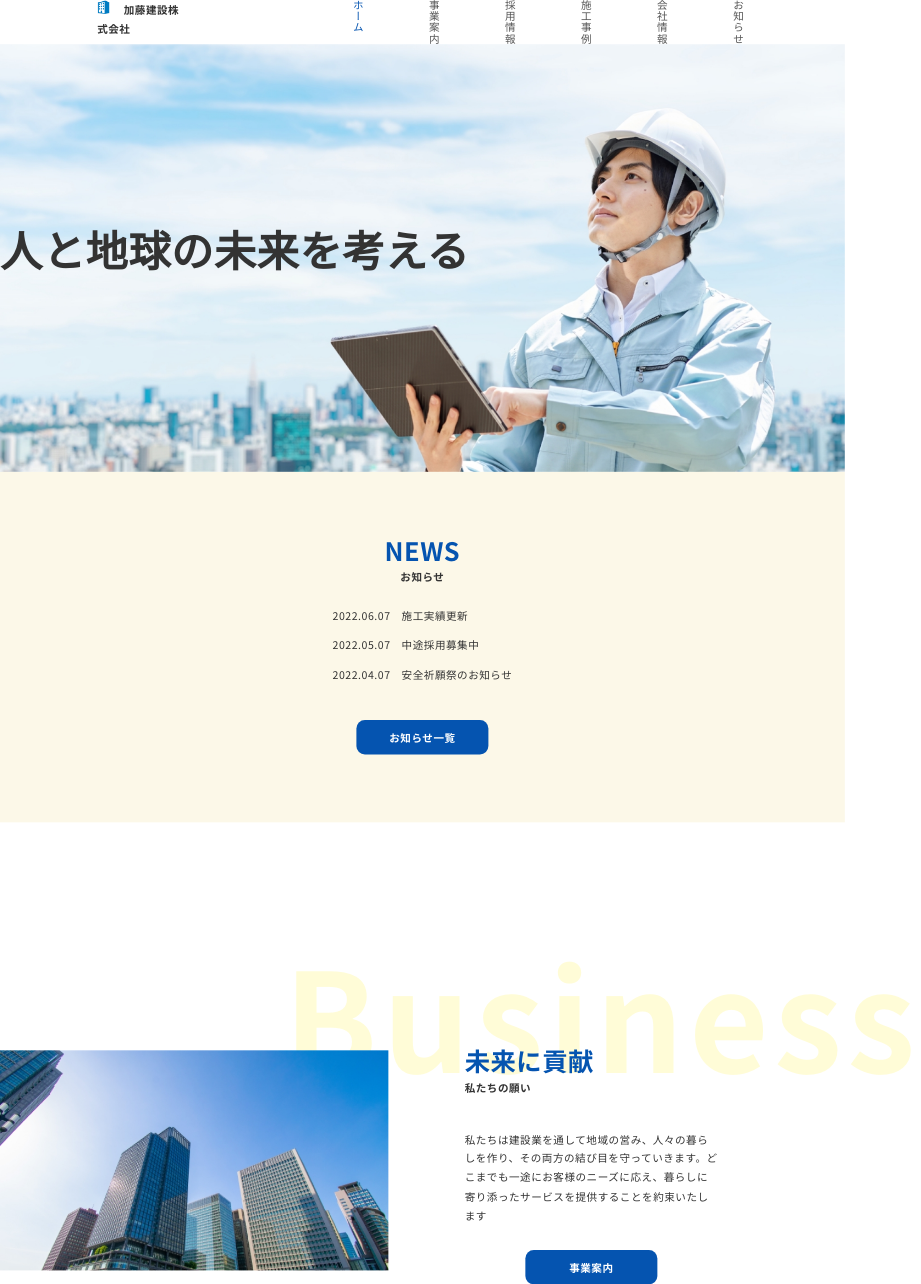
Repository: nozomi-23/hp1_test
Page: index.html
These files come from the project's save history. The page is drawn as it stood at one moment and after the next save; the edit follows.
The browser window is 1280 px wide. The page is 1395 px wide, so the pictures cover 1395 px, including what lies to the right of the window. The pictures show the whole page, at 66% of full size.

Above is the page before, as saved 2022-06-12 15:00:11.

### index.html
<!DOCTYPE html>
<html lang="ja">
<head>
<meta charset="UTF-8">
<title>加藤建設 株式会社</title>
<meta name="description" content="人と地球の未来を考える 加藤建設 株式会社">
<meta name="keywords" content="建築,土木,インフラ">
<meta name="viewport" content="width=device-width, initial-scale=1.0">
<meta property="og:title" content="建築依頼なら「加藤建設 株式会社」">
<meta property="og:type" content="article">
<meta property="og:url" content="https://withcode-plus.tech">
<meta property="og:image" content="img/logo.png">
<meta property="og:description" content="確かな技術力が自慢、インフラから地域貢献まで加藤建設にお任せ下さい">
<meta property="og:site_name" content="加藤建設 株式会社">
<link rel="icon" href="img/favicon.ico">
<link rel="apple-touch-icon" sizes="180x180" href="img/logo.png">
<link rel="preconnect" href="https://fonts.googleapis.com">
<link rel="preconnect" href="https://fonts.gstatic.com" crossorigin>
<link href="https://fonts.googleapis.com/css2?family=Noto+Sans+JP:wght@400;500;700&family=Noto+Serif+JP&display=swap"
  rel="stylesheet">
<link rel="stylesheet" type="text/css" href="css/reset.css">
<link rel="stylesheet" type="text/css" href="css/common1.css">
<link rel="stylesheet" type="text/css" href="css/index.css">
</head>
<body>
  <!-- =========header -->
  <header>
    <div class="header_wrapper">
      <div class="header_inner">
        <h1 class="header_left">加藤建設株式会社</h1>
        <nav class="header_right" >
          <ul class="header_list">
            <li><a href="#" class="color">ホーム</a></li>
            <li><a href="html/business.html">事業案内</a></li>
            <li><a href="html/recruit.html">採用情報</a></li>
            <li><a href="html/work.html">施工事例</a></li>
            <li><a href="html/company.html">会社情報</a></li>
            <li><a href="html/news.html">お知らせ</a></li>
          </ul>
        </nav>
      </div>
    </div>
  </header>
  <!-- =========main_view -->
  <main>
    <section class="main_wrapper">
      <div class="main_txt">
        <h3>人と地球の未来を考える</h3>
      </div>
    </section>
    <!-- =========news -->
    <section class="news section section_color">
      <div class="news_wrapper">
        <h2 class="title">NEWS<br>
          <small>お知らせ</small></h2>
        <ul class="news_list">
          <li>2022.06.07&emsp;施工実績更新</li>
          <li>2022.05.07&emsp;中途採用募集中</li>
          <li>2022.04.07&emsp;安全祈願祭のお知らせ</li>
        </ul>
        <div class="btn">
          <a href="html/news.html">お知らせ一覧</a>
        </div>
      </div>
    </section>
    <!-- =========business -->
    <section class="business section">
      <div class="business_wrapper">
        <div class="business_all">
          <div class="business_bg_wrapper">
            <div class="business_bg">
              <div class="business_bg_item">
                <p>Business</p>
              </div>
            </div>
          </div>
          <div class="business_block_wrapper">
            <div class="business_block_1">
              <img src="img/bussines_top.png" alt="事業案内画像">
            </div>
            <div class="business_block_2">
              <h2 class="title">未来に貢献<br>
                <small>私たちの願い</small>
              </h2>
              <p>私たちは建設業を通して地域の営み、人々の暮らしを作り、その両方の結び目を守っていきます。どこまでも一途にお客様のニーズに応え、暮らしに寄り添ったサービスを提供することを約束いたします</p>
              <div class="btn">
                <a href="html/business.html">事業案内</a>
              </div>
            </div>
          </div>
        </div>

      </div>
    </section>
  </main>
</body>
</html>

### css/reset.css
@charset "UTF-8";

html,
body,
div,
span,
object,
iframe,
h1,
h2,
h3,
h4,
h5,
h6,
p,
blockquote,
pre,
abbr,
address,
cite,
code,
del,
dfn,
em,
img,
ins,
kbd,
q,
samp,
small,
strong,
sub,
sup,
var,
b,
i,
dl,
dt,
dd,
ol,
ul,
li,
fieldset,
form,
label,
legend,
table,
caption,
tbody,
tfoot,
thead,
tr,
th,
td,
article,
aside,
canvas,
details,
figcaption,
figure,
footer,
header,
hgroup,
menu,
nav,
section,
summary,
time,
mark,
audio,
video {
  margin: 0;
  padding: 0;
  border: 0;
  outline: 0;
  font-size: 100%;
  vertical-align: baseline;
  background: transparent;
}

body {
  line-height: 1;
}

article,
aside,
details,
figcaption,
figure,
footer,
header,
hgroup,
menu,
nav,
section {
  display: block;
}

nav ul {
  list-style: none;
}

blockquote,
q {
  quotes: none;
}

blockquote:before,
blockquote:after,
q:before,
q:after {
  content: '';
  content: none;
}

a {
  margin: 0;
  padding: 0;
  font-size: 100%;
  vertical-align: baseline;
  background: transparent;
}

/* change colours to suit your needs */
ins {
  background-color: #ff9;
  color: #000;
  text-decoration: none;
}

/* change colours to suit your needs */
mark {
  background-color: #ff9;
  color: #000;
  font-style: italic;
  font-weight: bold;
}

del {
  text-decoration: line-through;
}

abbr[title],
dfn[title] {
  border-bottom: 1px dotted;
  cursor: help;
}

table {
  border-collapse: collapse;
  border-spacing: 0;
}

/* change border colour to suit your needs */
hr {
  display: block;
  height: 1px;
  border: 0;
  border-top: 1px solid #cccccc;
  margin: 1em 0;
  padding: 0;
}

input,
select {
  vertical-align: middle;
}

### css/common1.css
@charset "UTF-8";

body {
  color: #333;
  letter-spacing: 0.05em;
  line-height: 1.8;
  font-family: 'Noto Sans JP', sans-serif ,'Noto Serif JP', serif;
  word-break: break-all;
}
li {
  list-style: none;
}

a {
  text-decoration: none;
}
.section {
  padding: 8% 0;
  position: relative;
}


/* タイトル */
.title {
  color: #0554B0;
  font-weight: bold;
  font-size: 2.4rem;
  line-height: 0.8;
}
.title small {
  font-size: 1rem;
  color: #333;
}
/* ボタン */
.btn {
  background-color: #0554B0;
  width: 200px;
  margin: 0 auto;
  line-height: 2;
  border-radius: 0.8rem;
}
.btn a {
  display: block;
  color: #fff;
  font-weight: bold;
  padding: 5%;
  text-align: center;
}
.btn:hover {
  opacity: 0.5;
}

### css/index.css
@charset "UTF-8";

/* =================
header
===================*/
.header_wrapper {
  display: flex;
  justify-content: center;
}
.header_inner {
  width: 77%;
  display: flex;
  justify-content: space-between;

}
.header_list {
  display: table;
}
.header_list li {
  display: table-cell;
  writing-mode: vertical-rl;
}
.header_list li a {
  color: #555;
}
.header_list li a:hover {
  opacity: 0.5;
}
.header_list li a.color {
  color: #0554B0;
}

.header_left::before {
  content: "";
  background: url(../img/name_icon.png) no-repeat ;
  background-size: contain;
  width: 30%;
  height: 30%;
  z-index: 1;
  display: inline-block;
}

/* =================
main_view
===================*/
.main_wrapper {
  background: url(../img/top_img.png)no-repeat center;
  background-size: cover;
  width: 100%;
  height: 90vh;
}
.main_txt {
  font-size: 4rem;
  font-weight: normal;
  font-family: 'Noto Serif JP';
  position: relative;
  top: 40%;
}
/* =================
news
===================*/
.section_color {
  background-color: #FCF8E8;
}
.news {
  text-align: center;
  display: block;
}

.news_list {
  padding: 3%;
  text-align: left;
  display: inline-block;

}
.news_list li {
  margin-bottom: 1rem;
}
/* =================
business
===================*/
.business_all {
  position: relative;
}
.business_block_wrapper {
  width: 100%;
  height: auto;
  display: flex;
  justify-content: space-between;
  position: absolute;
  top: 65%;
}


.business_block_1 {
  width: 46%;
}
.business_block_1 img{
  width: 100%;
  height: auto;
}
.business_block_2 {
  width: 30%;
  margin-right: 15%;
}
.business_block_2 p {
  padding: 15% 0 10% 0;
}
.business_bg {
  width: 80%;
}
.business_bg_wrapper {
  width: 83%;
  margin-left: auto;
}
.business_bg_item {
  width: 100%;
  /* background-color: aqua; */
}
.business_bg {
  margin-left: auto;
}
.business_bg_item p {
  color: rgba(255, 245, 109, 0.27);
  font-size: 13rem;
  font-weight: 700;
  white-space: nowrap;
  letter-spacing: 0.5rem;
  }

After the next save:
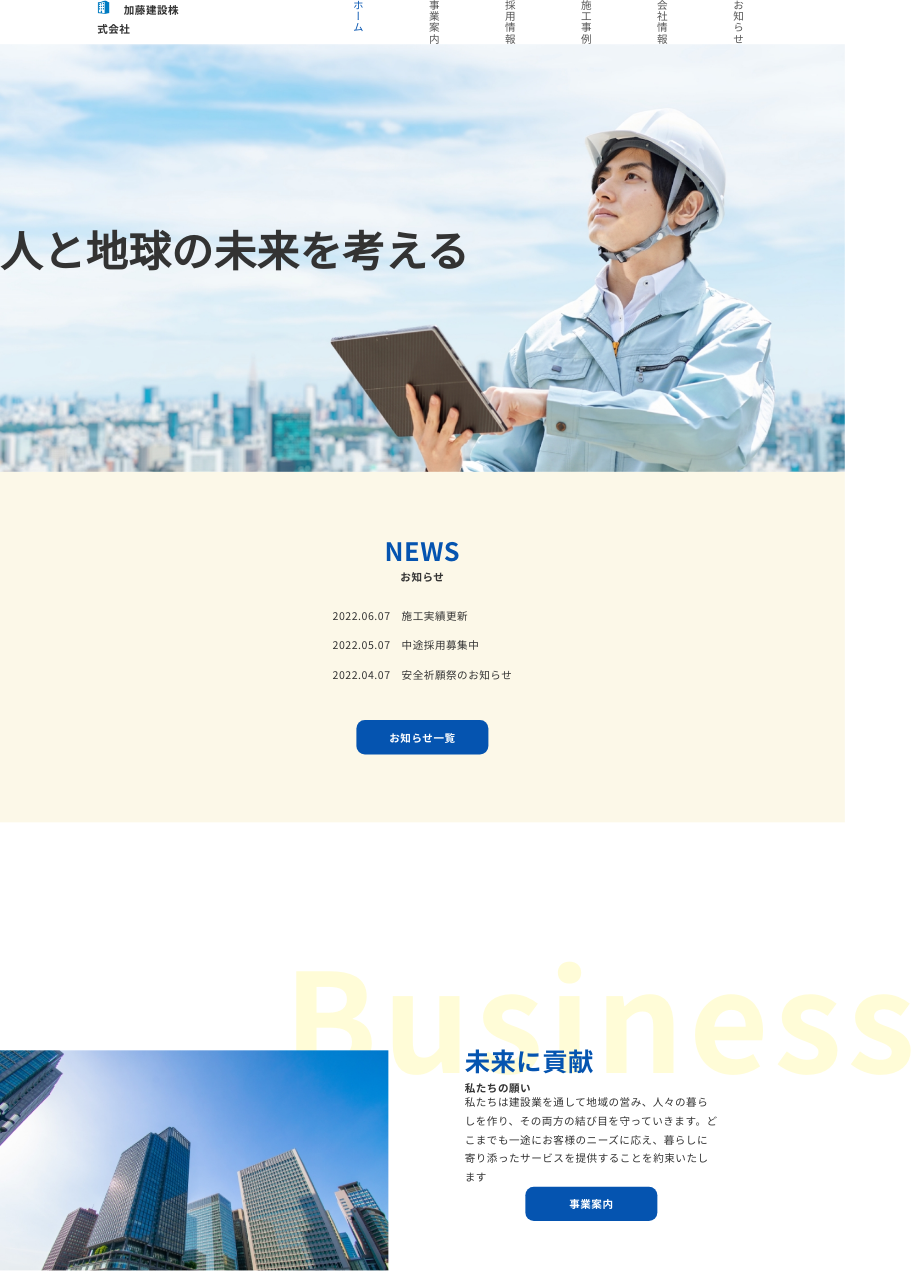
Saved 101 s later.
--- a/css/index.css
+++ b/css/index.css
@@ -103,6 +103,7 @@
   width: 30%;
   margin-right: 15%;
 }
+.business_block_2
 .business_block_2 p {
   padding: 15% 0 10% 0;
 }

After the save that followed:
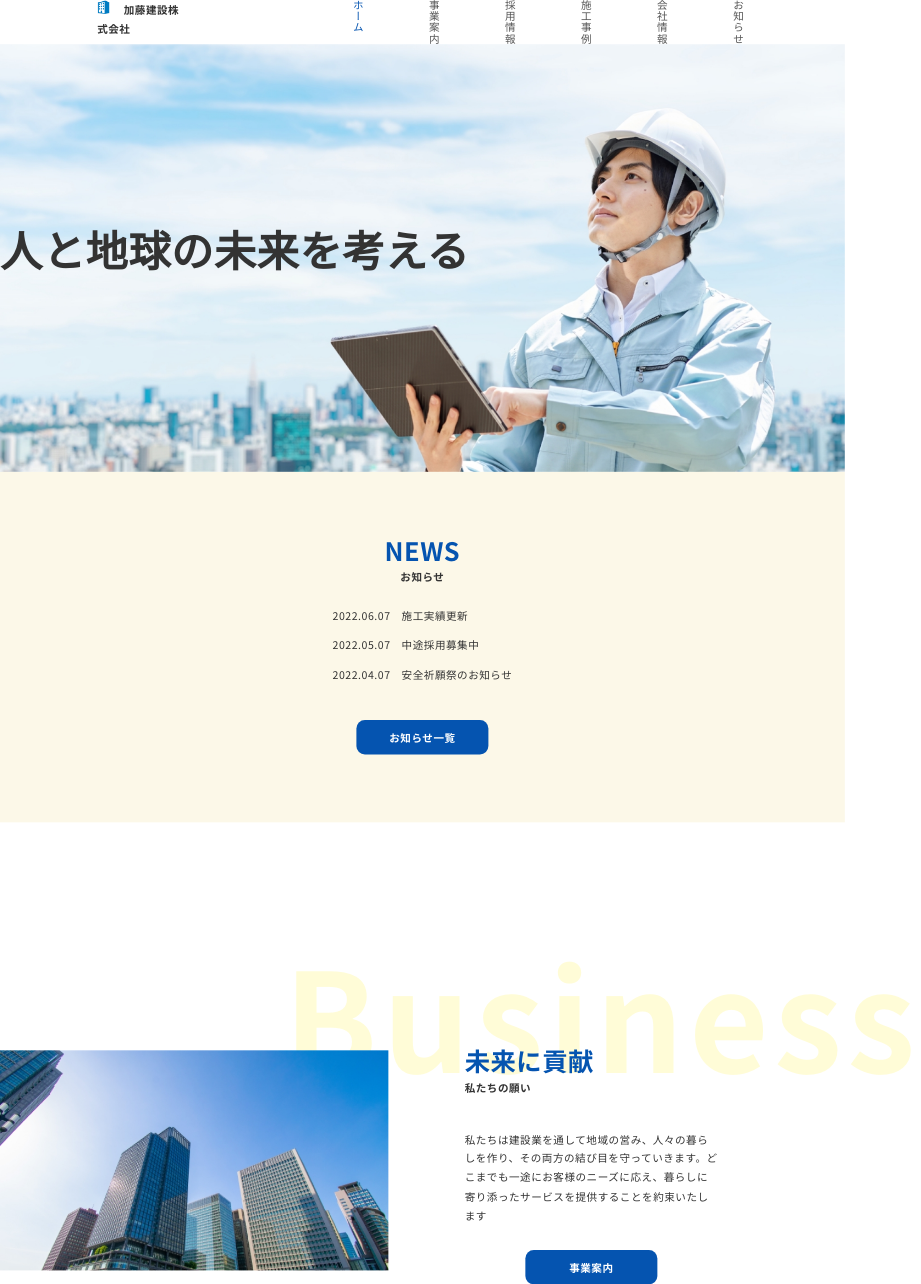
Saved 10 s later.
--- a/css/index.css
+++ b/css/index.css
@@ -103,7 +103,9 @@
   width: 30%;
   margin-right: 15%;
 }
-.business_block_2
+.business_block_2 title {
+
+}
 .business_block_2 p {
   padding: 15% 0 10% 0;
 }
